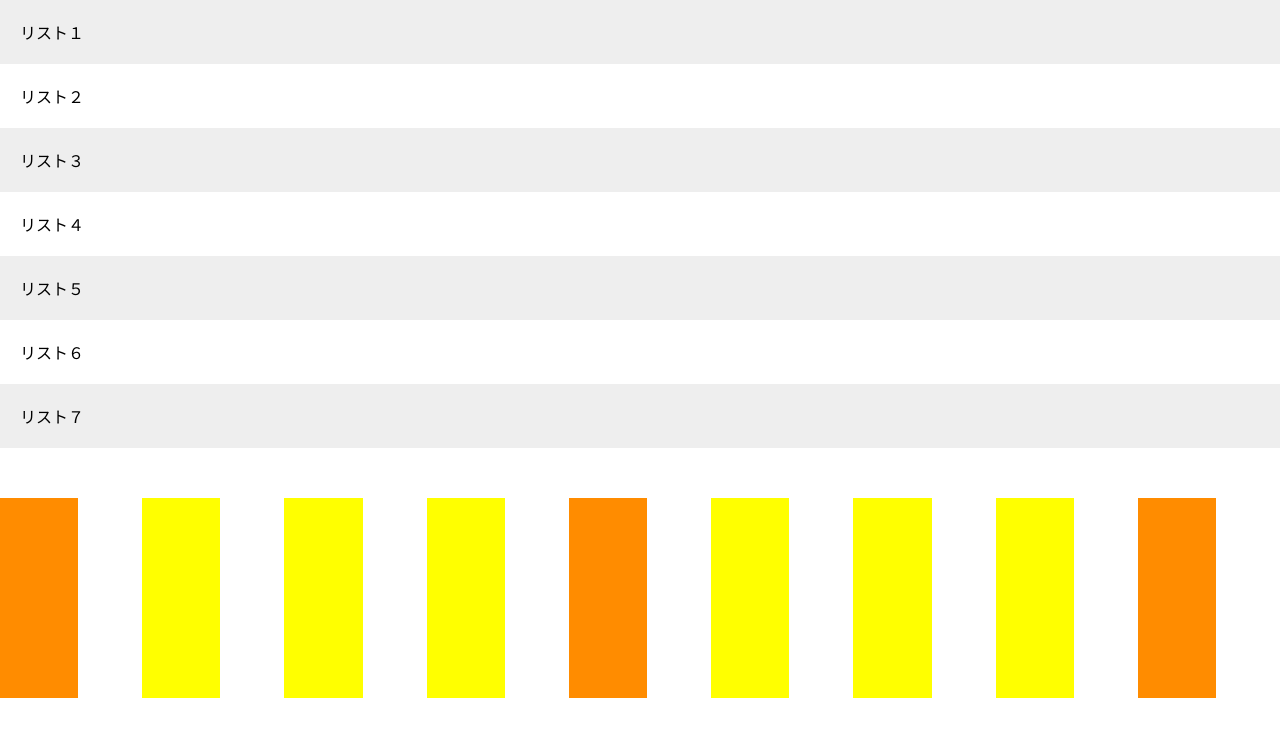
Repository: nosuyuki1002/git-practice2
Page: chapter8/8.html
The author's editor kept a record of every edit. The page is drawn from the files as they stood at one moment, then again after the next edit.
The browser window is 1280 px wide. The pictures show the whole page.

Above is the page before.

After the next edit:
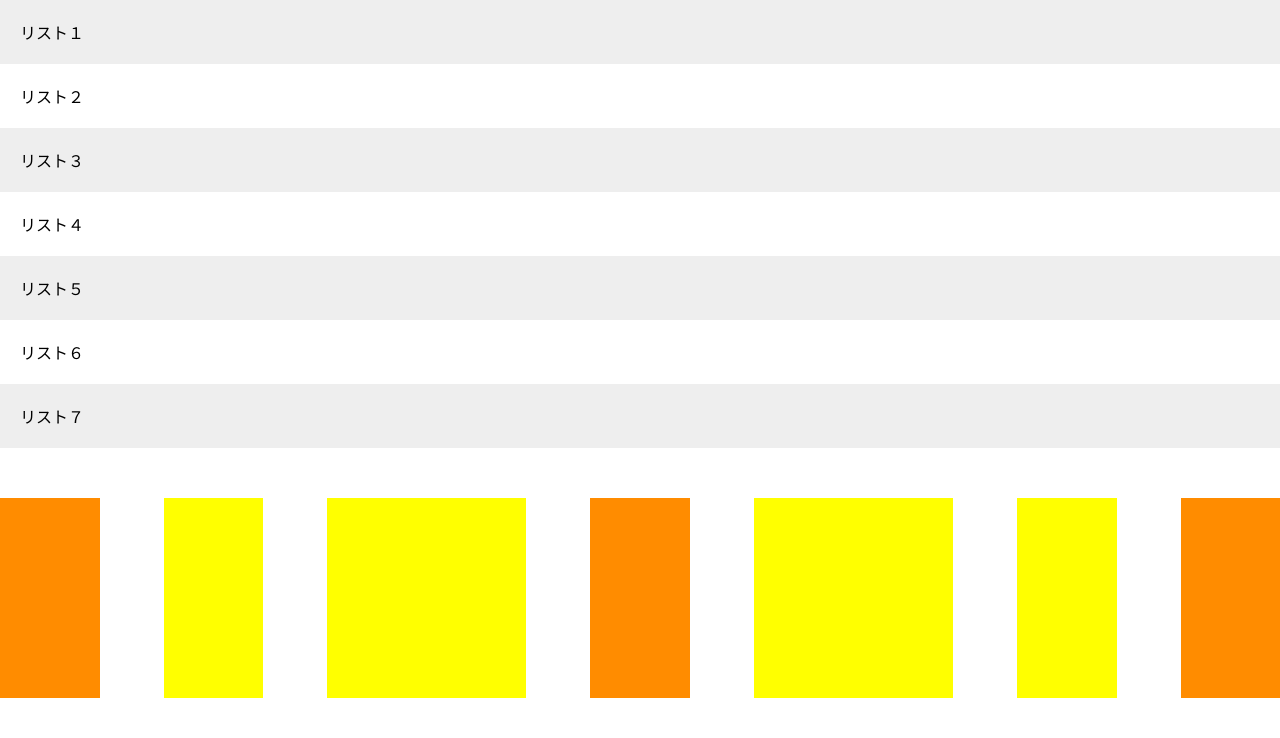
The edit:
--- a/chapter8/style.css
+++ b/chapter8/style.css
@@ -41,7 +41,7 @@
   background-color: #ff8c00;
 }
 
-.box:nth-cild(3n) {
+.box:nth-child(3n) {
   margin-right: 0;
 }
 
